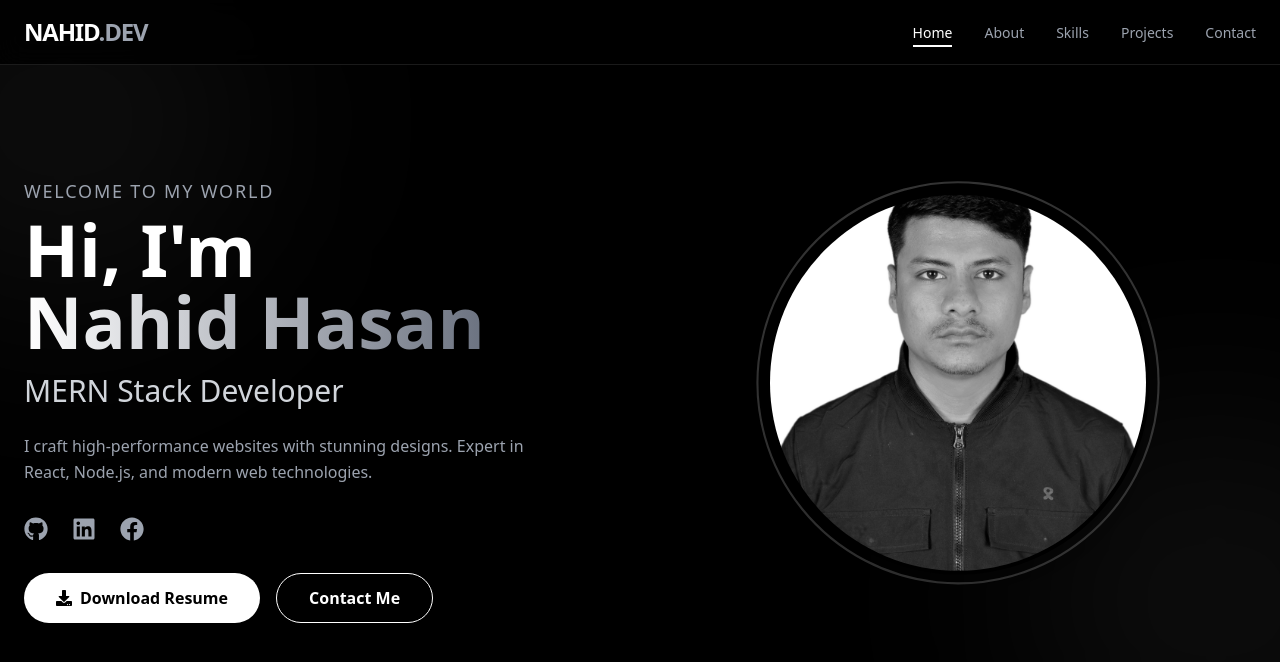
Repository: nahid-hasann/portfolio
Page: /
The author's editor kept a copy of each file at every save. The page is drawn from the files as they stood at one save, then again after the next save.
The browser window is 1280 px wide. The pictures show the whole page.
The project was rebuilt for these pictures with package versions that can differ from the ones it lists, and the page was loaded fresh each time. Also part of the build but not shown: vite.config.js.

Above is the page before, as saved 2026-01-05 15:09:17.

After the next save:
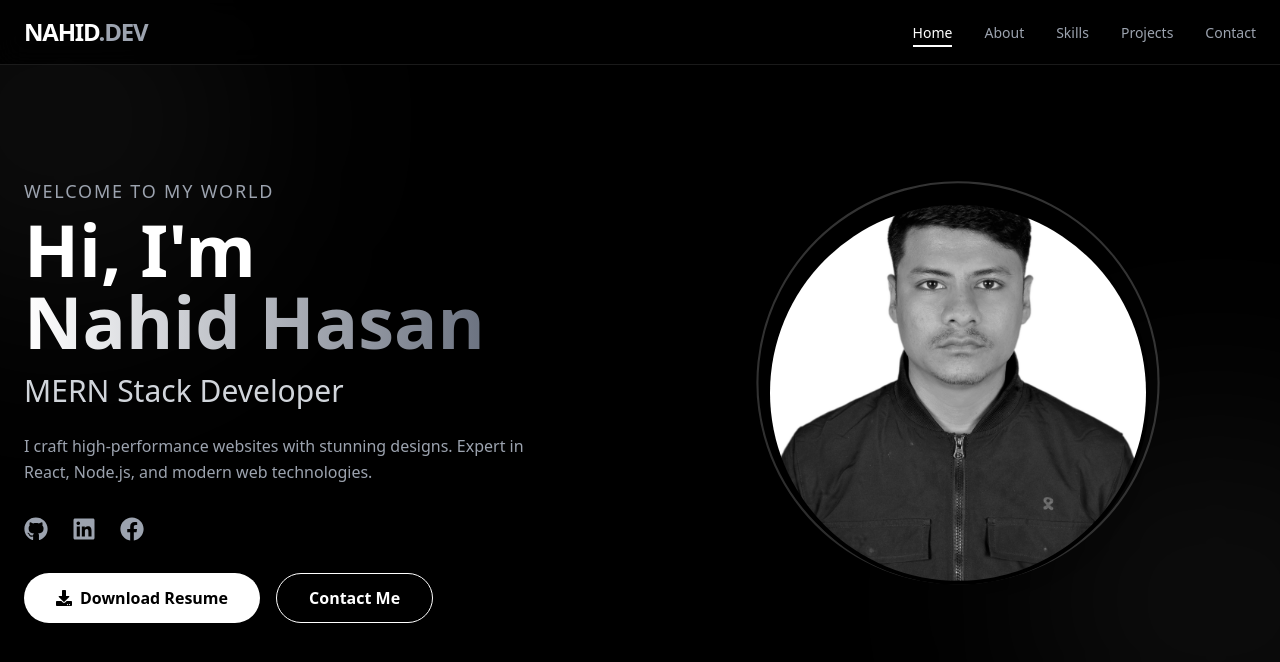
Saved 4 s later.
--- a/src/component/Hero.jsx
+++ b/src/component/Hero.jsx
@@ -102,7 +102,7 @@
                         <img
                             src="/public/193213-.jpg"
                             alt="Nahid Profile"
-                            className="w-full mt-[] h-full object-cover rounded-full shadow-2xl border-4 border-black grayscale hover:grayscale-0 transition duration-500"
+                            className="w-full mt-[10px] h-full object-cover rounded-full shadow-2xl border-4 border-black grayscale hover:grayscale-0 transition duration-500"
                         />
                     </motion.div>
                 </motion.div>

After the 2 saves that followed:
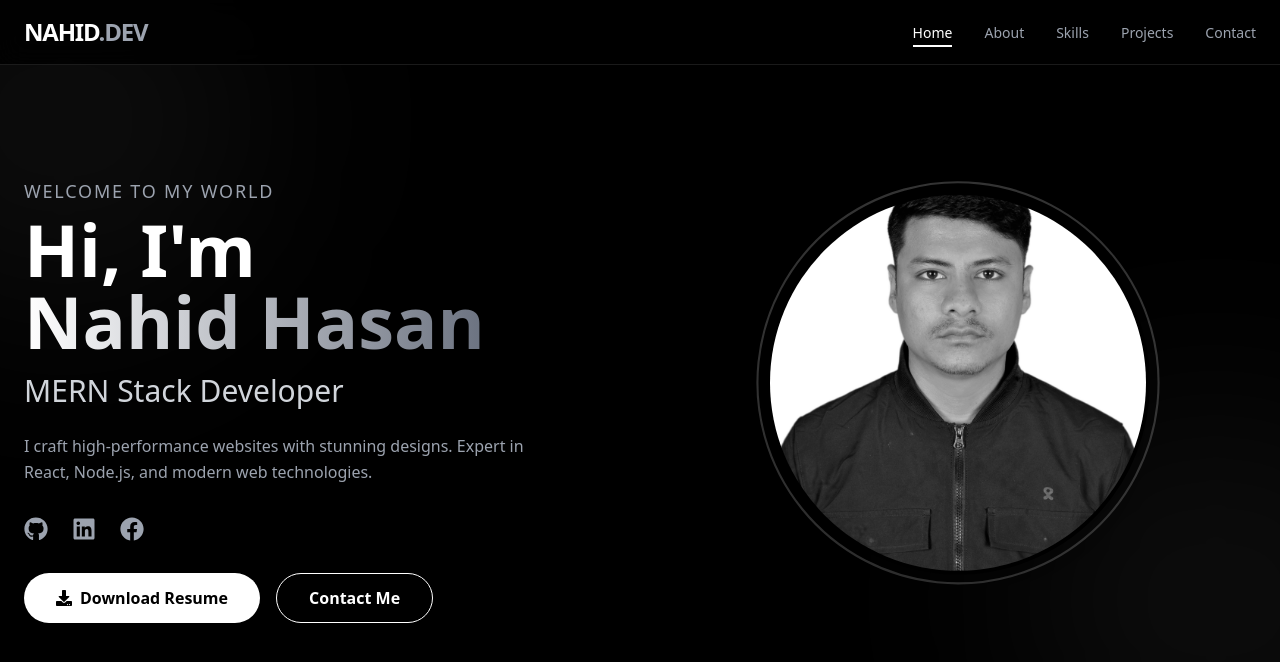
The 2 saves are shown as one change because they came seconds apart.
The last was saved 8 s later.
--- a/src/component/Hero.jsx
+++ b/src/component/Hero.jsx
@@ -102,7 +102,7 @@
                         <img
                             src="/public/193213-.jpg"
                             alt="Nahid Profile"
-                            className="w-full mt-[10px] h-full object-cover rounded-full shadow-2xl border-4 border-black grayscale hover:grayscale-0 transition duration-500"
+                            className="w-full h-full object-cover rounded-full shadow-2xl border-4 border-black grayscale hover:grayscale-0 transition duration-500"
                         />
                     </motion.div>
                 </motion.div>
